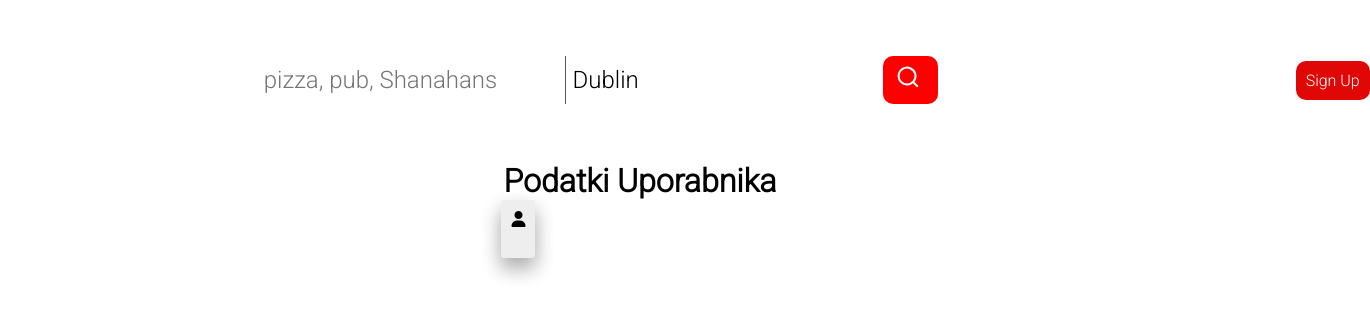
Repository: DomenJ2003/project1
Page: /user
The author's editor kept a copy of each file at every save. The page is drawn from the files as they stood at one save, then again after the next save.
The browser window is 1280 px wide. The page is 1370 px wide, so the pictures cover 1370 px, including what lies to the right of the window. The pictures show the whole page.
The page's requests for data from a server got no answer. Some web libraries are served in a nearby version. The project was rebuilt for these pictures with package versions that can differ from the ones it lists, and the page was loaded fresh each time. No one was signed in, and anything a server would have sent is missing. Also part of the build but not shown: vite.config.js, src/Components/Sections/HeroSection.css, src/Components/Sections/HeroSection.jsx, src/Components/Sections/HomePageContent.css, src/Components/Sections/HomePageContent.jsx, src/Components/Pages/HomePage.jsx, src/Components/Pages/HelpPage.jsx.

Above is the page before, as saved 2022-08-20 21:54:10.

After the next save:
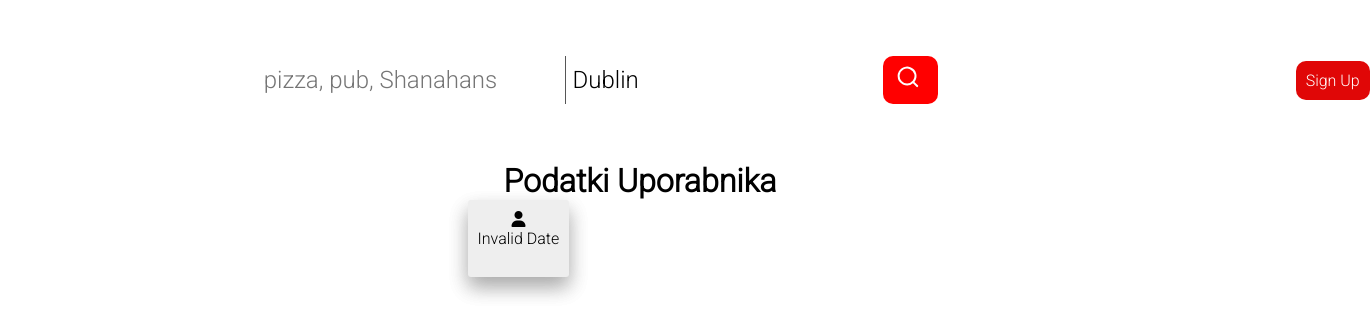
Saved 13 h 11 min later.
--- a/src/Components/General/Card.jsx
+++ b/src/Components/General/Card.jsx
@@ -11,7 +11,7 @@
           {props.header}
         </span>
         <br />
-        <span>{props.date}</span>
+        <span>{new Date(props.date).toLocaleDateString()}</span>
       </div>
       <div className="card-content">
         {props.content}
